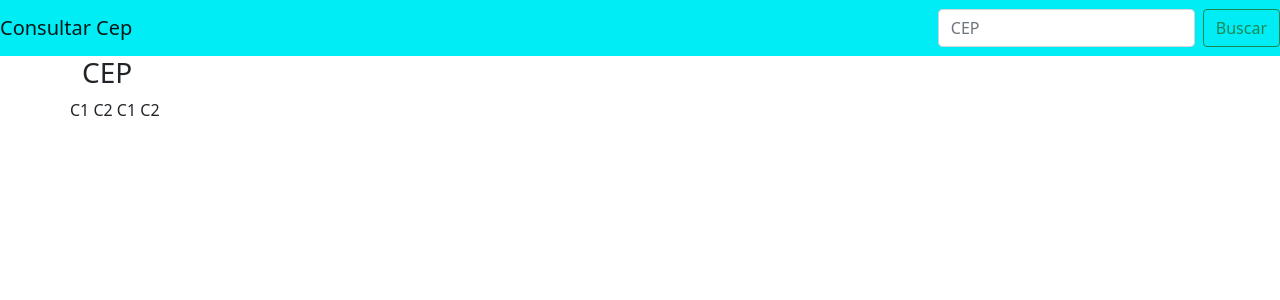
Repository: ViniciusCMS/StudyJquerry
Page: index.html
An editor plug-in stored every save of this project. The page is shown before and after the next save, followed by the edit.
The browser window is 1280 px wide. The pictures show the whole page.

Above is the page before, as saved 2021-11-26 11:23:01.

After the next save:
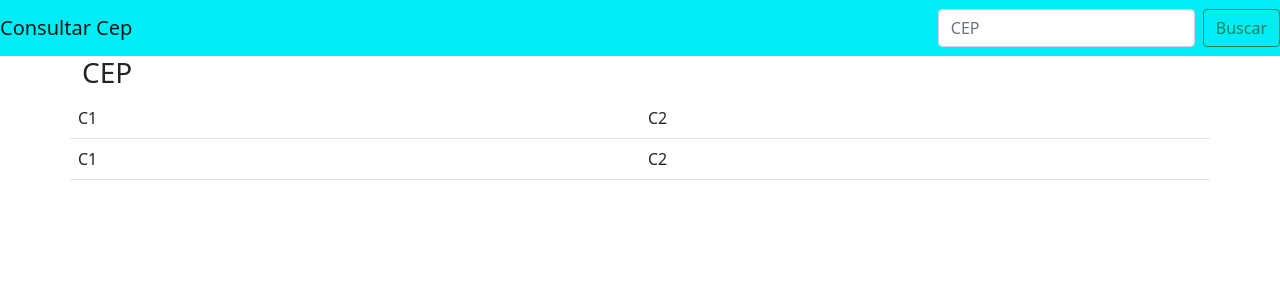
Saved 116 s later.
--- a/index.html
+++ b/index.html
@@ -24,16 +24,18 @@
         </div>
         <div class="row">
 
-            <tbody>
-                <tr>
-                    <td>C1</td>
-                    <td>C2</td>
-                </tr>
-                <tr>
-                    <td>C1</td>
-                    <td>C2</td>
-                </tr>
-            </tbody>
+            <table class="table">
+                <tbody>
+                    <tr>
+                        <td>C1</td>
+                        <td>C2</td>
+                    </tr>
+                    <tr>
+                        <td>C1</td>
+                        <td>C2</td>
+                    </tr>
+                </tbody>
+            </table>
 
         </div>
 
